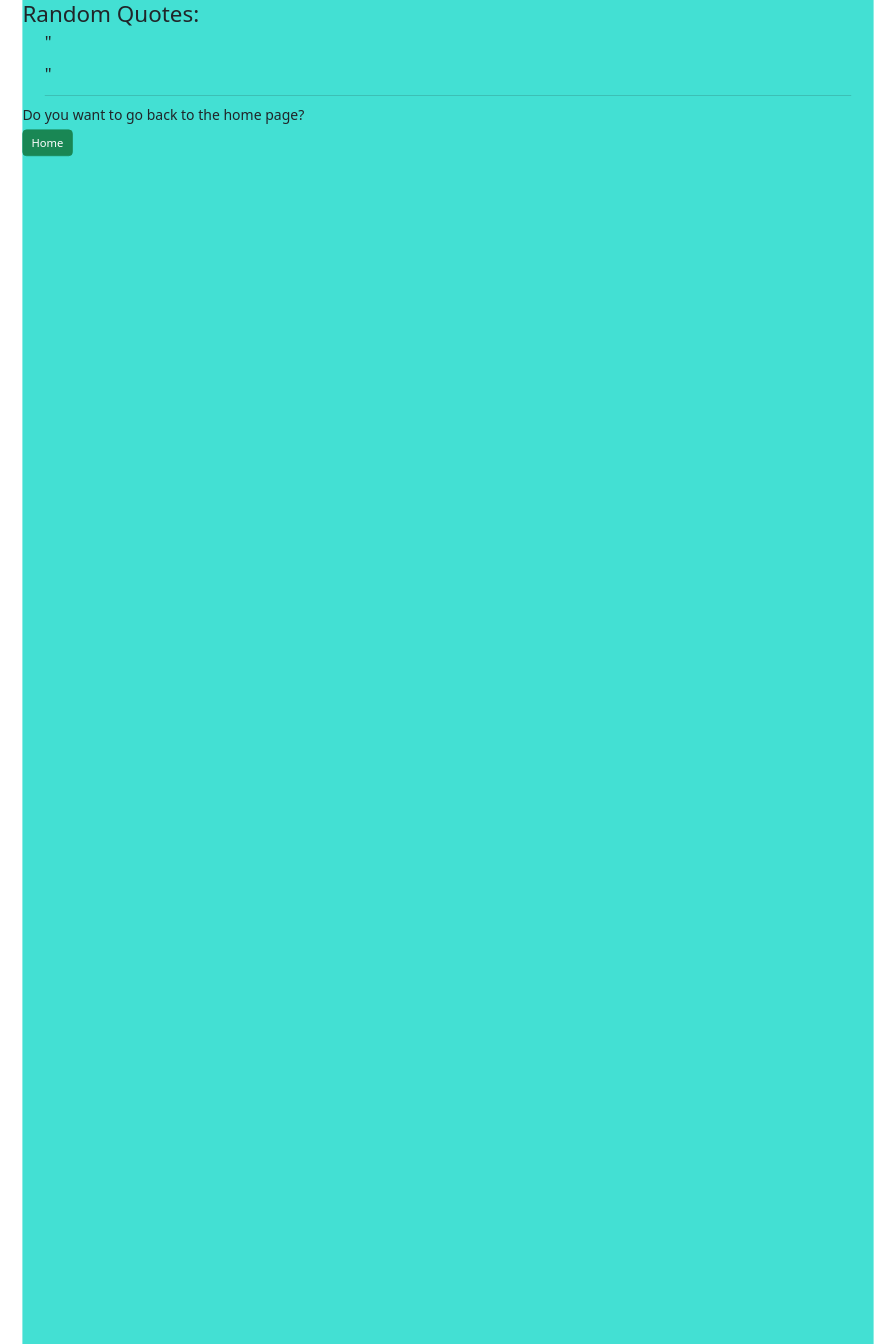
Repository: collegedude9300/zenstationnext
Page: /Quotes
The author's editor kept a copy of each file at every save. The page is drawn from the files as they stood at one save, then again after the next save.
The browser window is 1280 px wide. The pictures show the part of the page from y = 0 to 1920 px (the page is 4320 px tall), at 70% of full size.
The page's requests for data from a server got no answer. The project was rebuilt for these pictures with package versions that can differ from the ones it lists, and the page was loaded fresh each time. The framework's server and built-in components were replaced by stand-ins that run in the browser. No one was signed in, and anything a server would have sent is missing. Also part of the build but not shown: next.config.js.

Above is the page before, as saved 2023-04-14 22:13:12.

After the next save:
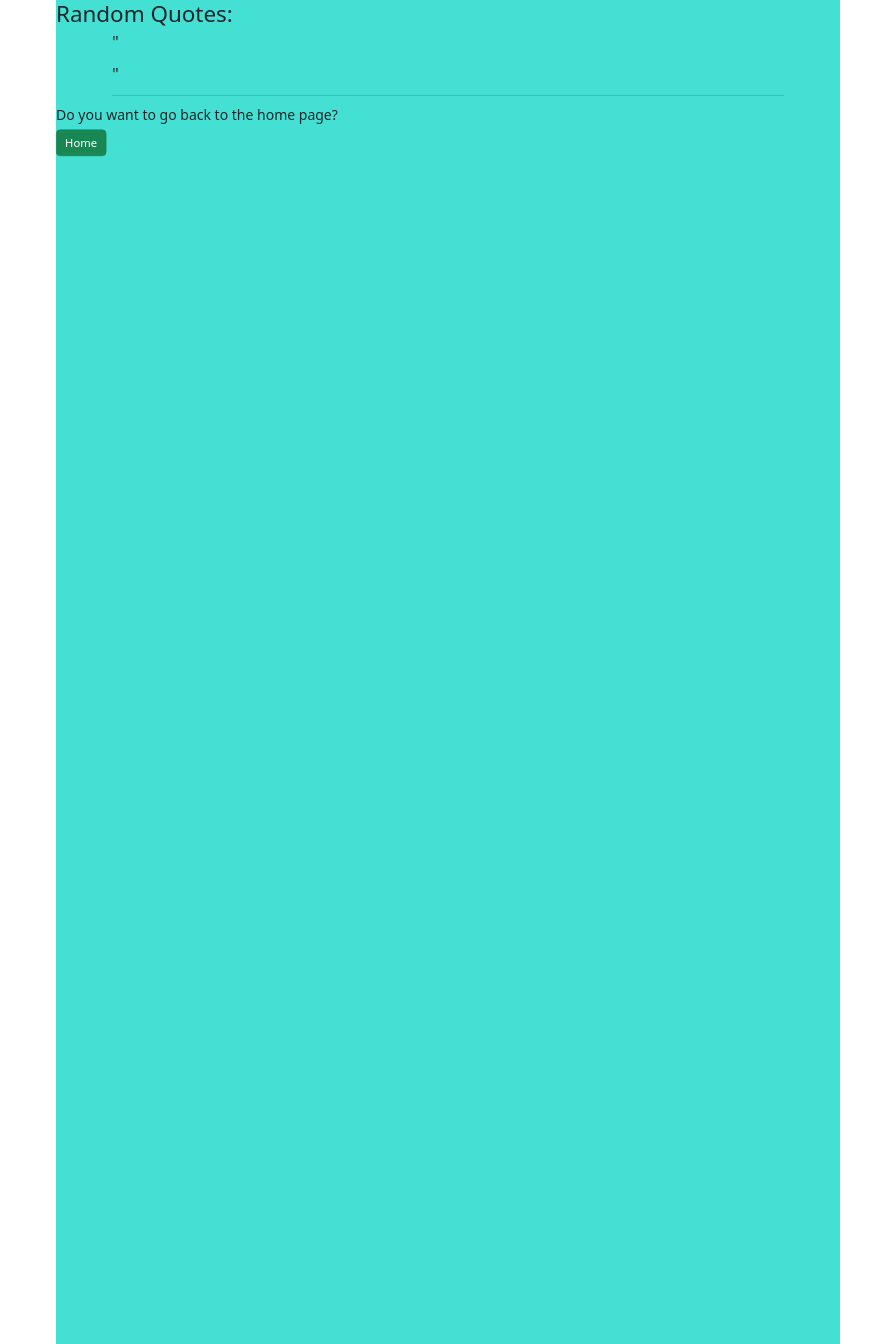
Saved 52 s later.
--- a/styles/Home.module.css
+++ b/styles/Home.module.css
@@ -1,5 +1,5 @@
 .container {
-  padding: 0 2rem;
+  padding: 0 5rem;
 }
 .pages{
   background-color: #43e0d3;

After the save that followed:
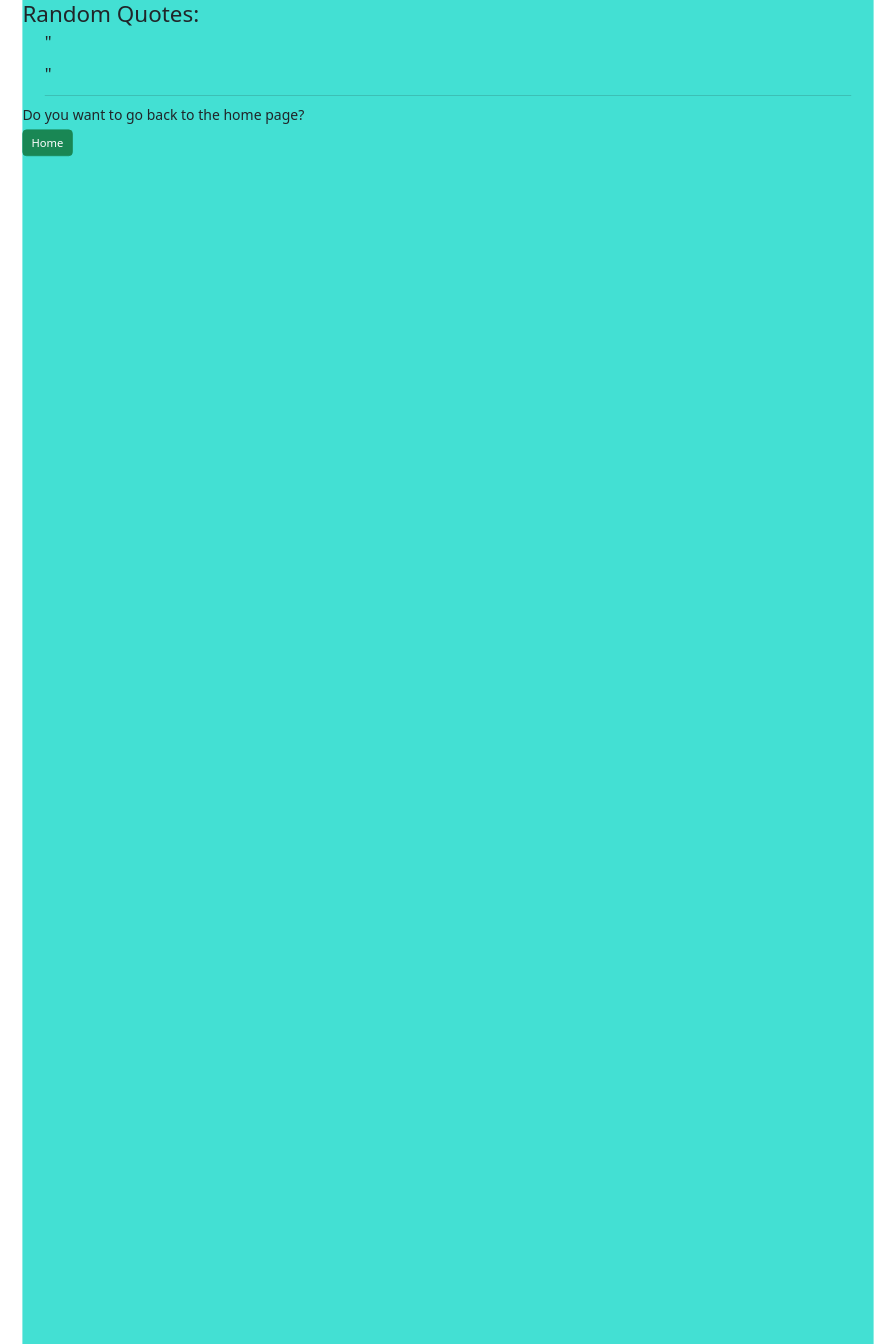
Saved 13 s later.
--- a/styles/Home.module.css
+++ b/styles/Home.module.css
@@ -1,5 +1,5 @@
 .container {
-  padding: 0 5rem;
+  padding: 0 2rem;
 }
 .pages{
   background-color: #43e0d3;
